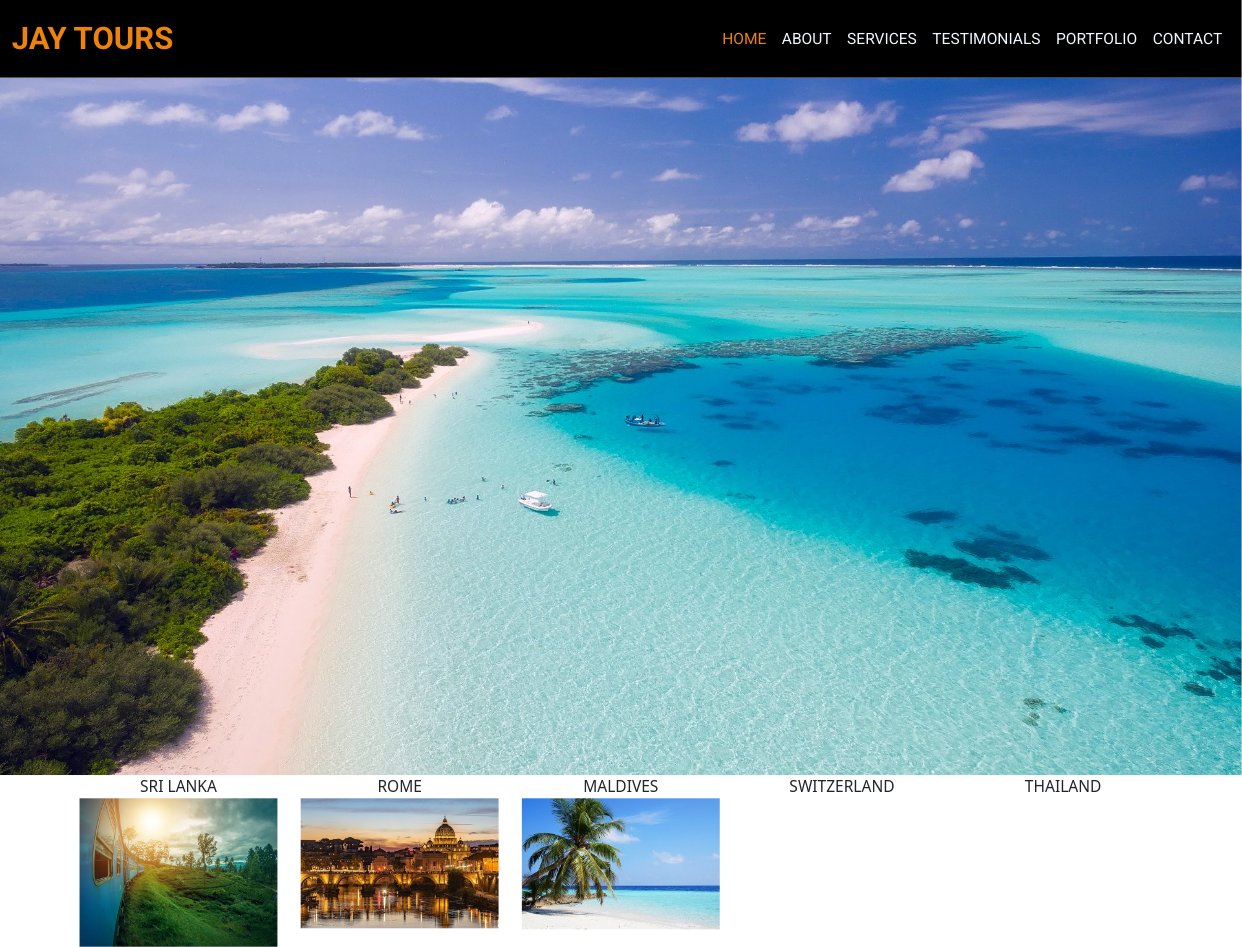
Repository: kasundiudn/Jay-Travel
Page: index.html
These files come from the project's save history. The page is drawn as it stood at one moment and after a run of saves; the edit follows.
The browser window is 1280 px wide. The pictures show the whole page, at 97% of full size.

Above is the page before, as saved 2025-06-26 10:20:18.

### index.html
<!doctype html>
<html lang="en">
  <head>
    <meta charset="utf-8">
    <meta name="viewport" content="width=device-width, initial-scale=1">
    <title>Bootstrap demo</title>
    <link rel="preconnect" href="https://fonts.googleapis.com">
    <link rel="preconnect" href="https://fonts.gstatic.com" crossorigin>
    <link href="https://fonts.googleapis.com/css2?family=Roboto:ital,wght@0,100..900;1,100..900&display=swap" rel="stylesheet">
    <link href="https://cdn.jsdelivr.net/npm/bootstrap@5.3.7/dist/css/bootstrap.min.css" rel="stylesheet" integrity="sha384-LN+7fdVzj6u52u30Kp6M/trliBMCMKTyK833zpbD+pXdCLuTusPj697FH4R/5mcr" crossorigin="anonymous">
  <style>
    header{  font-family: "Roboto", sans-serif;
           }
    .nav-link{
        color: aliceblue;
    }

  </style>
  </head>
  <body>
<header>
    <nav class="navbar navbar-expand-lg " style="background-color: black; height: 80px;">
  <div class="container-fluid">
    <a class="navbar-brand" href="#" style="color: #eb830c; font-weight: bold;  font-size:xx-large;">JAY TOURS</a>
    <button class="navbar-toggler" type="button" data-bs-toggle="collapse" data-bs-target="#navbarSupportedContent" aria-controls="navbarSupportedContent" aria-expanded="false" aria-label="Toggle navigation">
      <span class="navbar-toggler-icon"></span>
    </button>
    <div class="collapse navbar-collapse justify-content-end" id="navbarSupportedContent">
      <ul class="navbar-nav mb-2 mb-lg-0">
        <li class="nav-item">
          <a class="nav-link active" aria-current="page" href="#" style="color: #eb830c;">HOME</a>
        </li>
        <li class="nav-item">
          <a class="nav-link" href="#">ABOUT</a>
        </li>
         <li class="nav-item">
          <a class="nav-link" href="#">SERVICES</a>
        </li>
         <li class="nav-item">
          <a class="nav-link" href="#">TESTIMONIALS</a>
        </li>
         <li class="nav-item">
          <a class="nav-link" href="#">PORTFOLIO</a>
        </li>
         <li class="nav-item">
          <a class="nav-link" href="#">CONTACT</a>
        </li>
    </div>
  </div>
</nav>
</header>
<img src="main.jpg" alt="Beach image" style="width: 100%; height: auto;">

<div class="container text-center">
  <div class="row">
    <div class="col">
      SRI LANKA
      <img src="Sri Lanka.jpg" alt="SRI LANKA" style="width: 100%; height: auto;">
    </div>
    <div class="col">
      ROME
      <img src="Rome.jpg" alt="ROME" style="width: 100%; height: auto;">
    </diV>
    <div class="col">
      MALDIVES
      <img src="Maldives.jpg" alt="MALDIVES" style="width: 100%; height: auto;">
    </div>
    <div class="col">
      SWITZERLAND

    </div>
    <div class="col">
      THAILAND
    </div>
  </div>
</div>

    <script src="https://cdn.jsdelivr.net/npm/@popperjs/core@2.11.8/dist/umd/popper.min.js" integrity="sha384-I7E8VVD/ismYTF4hNIPjVp/Zjvgyol6VFvRkX/vR+Vc4jQkC+hVqc2pM8ODewa9r" crossorigin="anonymous"></script>
<script src="https://cdn.jsdelivr.net/npm/bootstrap@5.3.7/dist/js/bootstrap.min.js" integrity="sha384-7qAoOXltbVP82dhxHAUje59V5r2YsVfBafyUDxEdApLPmcdhBPg1DKg1ERo0BZlK" crossorigin="anonymous"></script>
  </body>
</html>

After the next 3 saves:
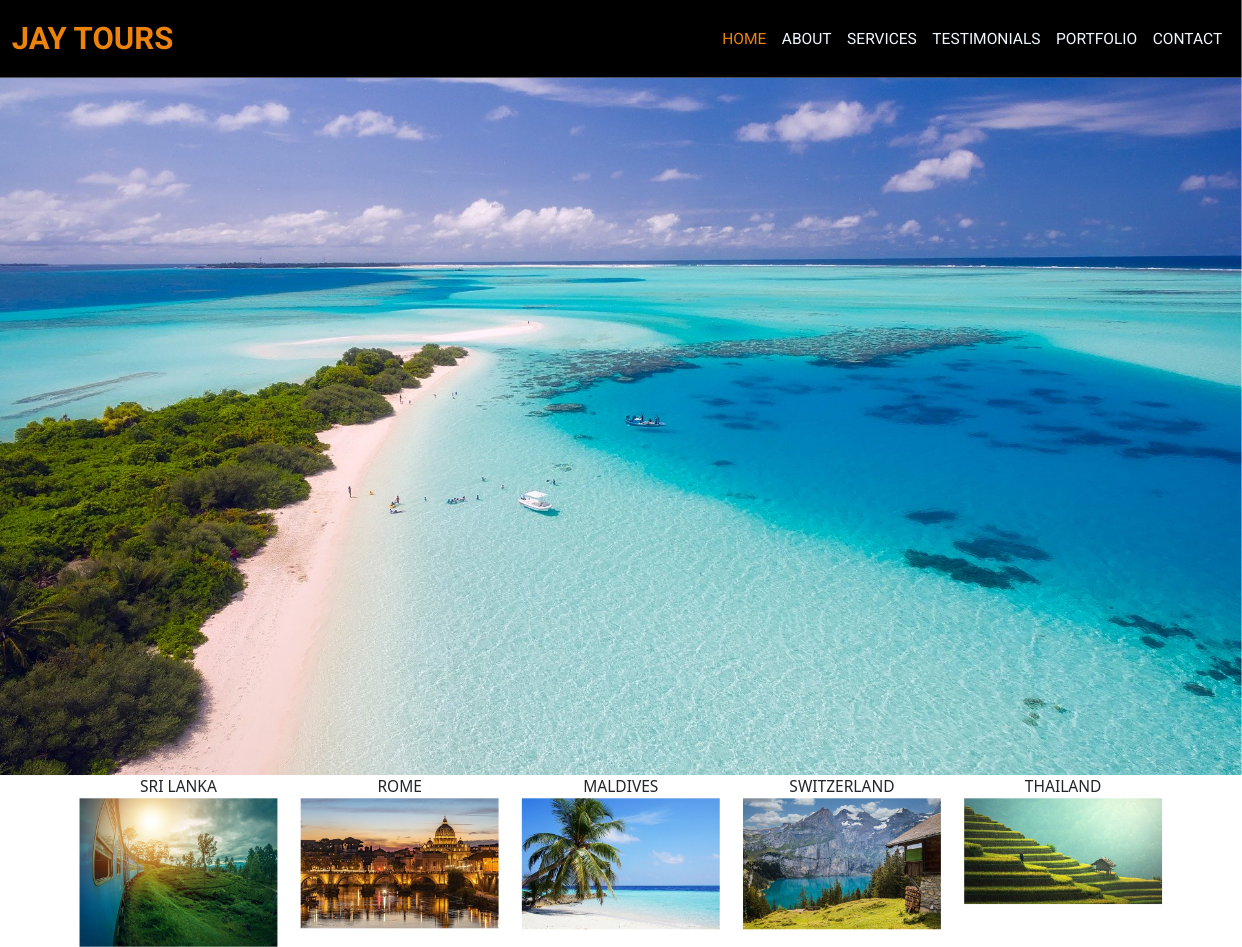
The 3 saves are shown as one change because they came seconds apart.
The last was saved 9 s later.
--- a/index.html
+++ b/index.html
@@ -67,10 +67,11 @@
     </div>
     <div class="col">
       SWITZERLAND
-
+        <img src="Switzerland.jpg" alt="SWITZERLAND" style="width: 100%; height: auto;">
     </div>
     <div class="col">
       THAILAND
+        <img src="Thailand.jpg" alt="THAILAND" style="width: 100%; height: auto;">
     </div>
   </div>
 </div>
